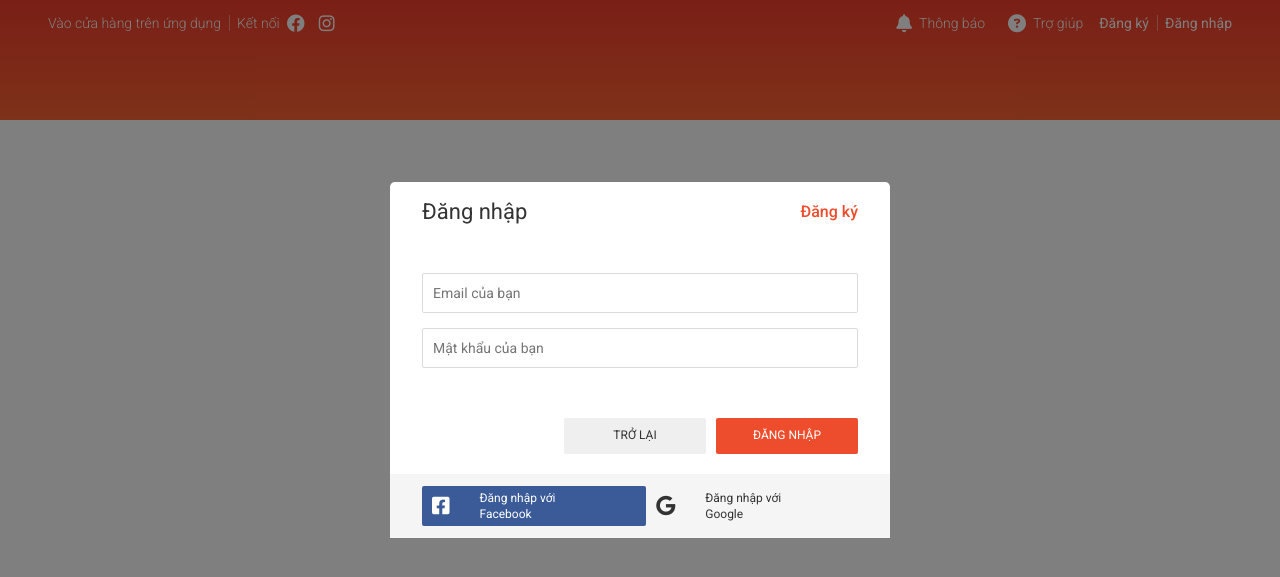
Repository: dptuyen1/F8-Tutorial
Page: index.html
The author's editor kept a copy of each file at every save. The page is drawn from the files as they stood at one save, then again after the next save.
The browser window is 1280 px wide. The pictures show the whole page.

Above is the page before, as saved 2023-05-08 18:29:47.

### index.html
<!DOCTYPE html>
<html lang="en">
  <head>
    <meta charset="UTF-8" />
    <meta http-equiv="X-UA-Compatible" content="IE=edge" />
    <meta name="viewport" content="width=device-width, initial-scale=1.0" />
    <title>Document</title>
    <link
      rel="stylesheet"
      href="https://cdnjs.cloudflare.com/ajax/libs/normalize/8.0.1/normalize.min.css"
      integrity="sha512-NhSC1YmyruXifcj/KFRWoC561YpHpc5Jtzgvbuzx5VozKpWvQ+4nXhPdFgmx8xqexRcpAglTj9sIBWINXa8x5w=="
      crossorigin="anonymous"
      referrerpolicy="no-referrer"
    />
    <link rel="stylesheet" href="assets/css/base.css" />
    <link rel="stylesheet" href="assets/css/main.css" />
    <link
      rel="stylesheet"
      href="assets/fonts/fontawesome-free-6.4.0-web/css/all.min.css"
    />
    <link rel="preconnect" href="https://fonts.googleapis.com" />
    <link rel="preconnect" href="https://fonts.gstatic.com" crossorigin />
    <link
      href="https://fonts.googleapis.com/css2?family=Roboto:wght@300;400;500;700&display=swap"
      rel="stylesheet"
    />
  </head>

  <body>
    <div class="app">
      <header class="header">
        <div class="grid">
          <nav class="header__navbar">
            <ul class="header__navbar-list">
              <li
                class="header__navbar-item header__navbar-item-has-qr header__navbar-item-separate"
              >
                Vào cửa hàng trên ứng dụng
                <div class="header__qr">
                  <img
                    src="assets/img/qr_code.png"
                    alt="QR Cođe"
                    class="header__qr-img"
                  />
                  <div class="header__qr-apps">
                    <a href="" class="header__qr-link">
                      <img
                        src="assets/img/google_play.png"
                        alt="Google Play"
                        class="header__qr-download-img"
                      />
                    </a>
                    <a href="" class="header__qr-link">
                      <img
                        src="assets/img/app_store.png"
                        alt="App Store"
                        class="header__qr-download-img"
                      />
                    </a>
                  </div>
                </div>
              </li>
              <li class="header__navbar-item">
                <span class="header__navbar-title-no-pointer">Kết nối</span>
                <a href="" class="header__navbar-icon-link">
                  <i class="header__navbar-icon fa-brands fa-facebook"></i>
                </a>
                <a href="" class="header__navbar-icon-link">
                  <i class="header__navbar-icon fa-brands fa-instagram"></i>
                </a>
              </li>
            </ul>
            <ul class="header__navbar-list">
              <li class="header__navbar-item header__navbar-item--has-notify">
                <a href="" class="header__navbar-item-link">
                  <a href="" class="header__navbar-icon-link">
                    <i class="header__navbar-icon fa-solid fa-bell"></i> </a
                  >Thông báo
                </a>
                <div class="header__notify">
                  <header class="header__notify-header">
                    <h3>Thông báo mới nhận</h3>
                  </header>
                  <ul class="header__notify-list">
                    <li class="header__notify-item">
                      <a href="" class="header_notify-link">
                        <img
                          src="assets/img/comestic.jpg"
                          alt=""
                          class="header__notify-img"
                        />
                        <div class="header__notify-info">
                          <span class="header_notify-name"
                            >Mỹ phẩm Ohui chính hãng</span
                          >
                          <span class="header__notify-description"
                            >Mô tả mỹ tả Ohui chính hãng</span
                          >
                        </div>
                      </a>
                    </li>
                    <li class="header__notify-item header__notify-item--read">
                      <a href="" class="header_notify-link">
                        <img
                          src="assets/img/comestic.jpg"
                          alt=""
                          class="header__notify-img"
                        />
                        <div class="header__notify-info">
                          <span class="header_notify-name"
                            >Mỹ phẩm Ohui chính hãng</span
                          >
                          <span class="header__notify-description"
                            >Mô tả mỹ tả Ohui chính hãng</span
                          >
                        </div>
                      </a>
                    </li>
                    <li class="header__notify-item">
                      <a href="" class="header_notify-link">
                        <img
                          src="assets/img/comestic.jpg"
                          alt=""
                          class="header__notify-img"
                        />
                        <div class="header__notify-info">
                          <span class="header_notify-name"
                            >Mỹ phẩm Ohui chính hãng</span
                          >
                          <span class="header__notify-description"
                            >Mô tả mỹ tả Ohui chính hãng</span
                          >
                        </div>
                      </a>
                    </li>
                  </ul>
                  <footer class="header__notify-footer">
                    <a href="" class="header__notify-footer-btn">Xem tất cả</a>
                  </footer>
                </div>
              </li>
              <li class="header__navbar-item">
                <a href="" class="header__navbar-item-link">
                  <a href="" class="header__navbar-icon-link">
                    <i
                      class="header__navbar-icon fa-solid fa-circle-question"
                    ></i></a
                  >Trợ giúp
                </a>
              </li>
              <li
                class="header__navbar-item header__navbar-item-bold header__navbar-item-separate"
              >
                Đăng ký
              </li>
              <li class="header__navbar-item header__navbar-item-bold">
                Đăng nhập
              </li>
            </ul>
          </nav>
        </div>
      </header>

      <div class="container"></div>

      <footer class="footer"></footer>
    </div>

    <!-- Modal layout -->
    <div class="modal">
      <div class="modal__overlay"></div>
      <div class="modal__body">
        <div class="modal__inner"></div>

        <!-- Authenticated Form -->

        <!-- Register Form -->
        <!-- <form class="auth-form">
          <div class="auth-form__container">
            <div class="auth-form__header">
              <h3 class="auth_form__heading">Đăng ký</h3>
              <span class="auth_form__switch-btn">Đăng nhập</span>
            </div>
            <div class="auth-form__form">
              <div class="auth-form__group">
                <input
                  type="text"
                  class="auth-form__input"
                  placeholder="Email của bạn"
                />
              </div>
              <div class="auth-form__group">
                <input
                  type="password"
                  class="auth-form__input"
                  placeholder="Mật khẩu của bạn"
                />
              </div>
              <div class="auth-form__group">
                <input
                  type="password"
                  class="auth-form__input"
                  placeholder="Nhập lại mật khẩu"
                />
              </div>
            </div>
            <div class="auth-form__aside">
              <p>
                Lorem ipsum dolor sit amet consectetur adipisicing elit. Natus,
                animi. Provident hic eos, dicta, beatae nulla numquam sunt
                sapiente excepturi repudiandae fuga ex neque odit explicabo
                maxime porro commodi nostrum.
              </p>
            </div>
            <div class="auth-form__controls">
              <button class="btn btn--back">TRỞ LẠI</button>
              <button class="btn btn--primary">ĐĂNG KÝ</button>
            </div>
          </div>

          <div class="auth-form__socials">
            <a
              href=""
              class="auth-form__socials--facebook btn btn--size-s btn--with-icon"
            >
              <i
                class="auth-form_socials-icon fa-brands fa-square-facebook"
              ></i>
              <span class="auth-form__socials-label">Kết nối với Facebook</span>
            </a>
            <a
              href=""
              class="auth-form__socials--google btn btn--size-s btn--with-icon"
            >
              <i class="auth-form_socials-icon fa-brands fa-google"></i>
              <span class="auth-form__socials-label">Kết nối với Google</span>
            </a>
          </div>
        </form> -->

        <!-- Login Form -->
        <form class="auth-form">
          <div class="auth-form__container">
            <div class="auth-form__header">
              <h3 class="auth_form__heading">Đăng nhập</h3>
              <span class="auth_form__switch-btn">Đăng ký</span>
            </div>
            <div class="auth-form__form">
              <div class="auth-form__group">
                <input
                  type="text"
                  class="auth-form__input"
                  placeholder="Email của bạn"
                />
              </div>
              <div class="auth-form__group">
                <input
                  type="password"
                  class="auth-form__input"
                  placeholder="Mật khẩu của bạn"
                />
              </div>
            </div>
            <div class="auth-form__controls">
              <button class="btn btn--back">TRỞ LẠI</button>
              <button class="btn btn--primary">ĐĂNG NHẬP</button>
            </div>
          </div>
          <div class="auth-form__socials">
            <a
              href=""
              class="auth-form__socials--facebook btn btn--size-s btn--with-icon"
            >
              <i
                class="auth-form_socials-icon fa-brands fa-square-facebook"
              ></i>
              <span class="auth-form__socials-label" style="font-size: 12px"
                >Đăng nhập với Facebook</span
              >
            </a>
            <a
              href=""
              class="auth-form__socials--google btn btn--size-s btn--with-icon"
            >
              <i class="auth-form_socials-icon fa-brands fa-google"></i>
              <span class="auth-form__socials-label" style="font-size: 12px"
                >Đăng nhập với Google</span
              >
            </a>
          </div>
        </form>
      </div>
    </div>
  </body>
</html>

### assets/css/base.css
:root {
  --primary-color: #ee4d2d;
  --white-color: #fff;
  --black-color: #000;
  --text-color: #333;
  --border-color: #dbdbdb;
}

* {
  box-sizing: inherit;
}

html {
  font-size: 62.5%;
  line-height: 1.6rem;
  font-family: "Roboto", sans-serif;
  box-sizing: border-box;
}

.grid {
  width: 1200px;
  max-width: 100%;
  /* căn giữa */
  margin: 0 auto;
}

.grid__full-width {
  width: 100%;
}

.grid__row {
  display: flex;
  flex-wrap: wrap;
}

/* Modal */
.modal {
  position: fixed;
  top: 0;
  right: 0;
  bottom: 0;
  left: 0;
  display: flex;
}

.modal__overlay {
  position: absolute;
  width: 100%;
  height: 100%;
  background-color: rgba(0, 0, 0, 0.5);
}

.modal__body {
  background-color: var(--white-color);
  margin: auto;
  position: relative;
  z-index: 1;
  border-radius: 5px;
}

.modal__inner {
}

/* Button style */
.btn {
  min-width: 142px;
  height: 36px;
  text-decoration: none;
  border: none;
  border-radius: 2px;
  cursor: pointer;
  padding: 0;
  font-size: 1.2rem;
  color: var(--text-color);
  display: flex;
  justify-content: center;
  align-items: center;
}

.btn:hover {
  background-color: rgba(0, 0, 0, 0.2);
}

.btn.btn--size-s {
  height: 40px;
  font-size: 1.2rem;
  padding: 0 10px;
}

.btn.btn--primary {
  color: var(--white-color);
  background-color: var(--primary-color);
}

.btn.btn--disabled {
  color: #ccc;
  cursor: default;
  background-color: #999;
}

/* Animation */
@keyframes fadeIn {
  from {
    opacity: 0;
  }

  to {
    opacity: 1;
  }
}

@keyframes notifyGrowth {
  from {
    opacity: 0;
    transform: scale(0);
  }

  to {
    opacity: 1;
    transform: scale(1);
  }
}

### assets/css/main.css
.header {
  height: 120px;
  background-image: linear-gradient(0, #fe6433, #f53e2d);
}

.header__navbar {
  display: flex;
  justify-content: space-between;
}

.header__navbar-list {
  list-style: none;
  padding-left: 0;
}

.header__navbar-item {
  margin: 0 8px;
  position: relative;
  min-height: 26px;
}

.header__navbar-item-has-qr:hover .header__qr {
  display: block;
}

.header__navbar-item,
.header__navbar-item-link {
  display: inline-block;
  font-size: 1.4rem;
  color: var(--white-color);
  text-decoration: none;
  font-weight: 300;
}

.header__navbar-list,
.header__navbar-item,
.header__navbar-item-link,
.header__navbar-icon-link {
  display: inline-flex;
  align-items: center;
}

.header__navbar-item:hover,
.header__navbar-item-link:hover,
.header__navbar-icon-link:hover {
  color: rgba(255, 255, 255, 0.5);
  cursor: pointer;
}

.header__navbar-item--has-notify:hover .header__notify {
  display: block;
}

.header__navbar-item-bold {
  font-weight: 400;
}

.header__navbar-item-separate::after {
  content: "";
  display: block;
  position: absolute;
  border-left: 1px solid #fb9086;
  height: 16px;
  right: -9px;
  top: 50%;
  transform: translateY(-50%);
}

.header__navbar-icon-link {
  color: var(--white-color);
  text-decoration: none;
}

.header__navbar-icon {
  font-size: 1.8rem;
  margin: 0 7px;
}

.header__navbar-title-no-pointer {
  cursor: text;
  color: var(--white-color);
}

/* Header QR Code  */
.header__qr {
  width: 185px;
  background-color: var(--white-color);
  position: absolute;
  left: 0;
  /* cao bằng thẻ chứa nó */
  top: 150%;
  padding: 8px;
  border-radius: 2px;
  display: none;
  animation: fadeIn ease-in 0.5s;
}

.header__qr::before {
  content: "";
  display: block;
  position: absolute;
  width: 100%;
  height: 20px;
  left: 0;
  top: -20px;
}

.header__qr-img {
  width: 100%;
}

.header__qr-apps {
  display: flex;
  justify-content: space-between;
}

.header__qr-link:first-child {
  margin-left: 11px;
}

.header__qr-link:last-child {
  margin-right: 11px;
}

.header__qr-download-img {
  height: 15px;
}

/* Header notification */

.header__notify {
  position: absolute;
  top: 150%;
  right: 0;
  width: 405px;
  background-color: var(--white-color);
  border: 1px solid #d3d3d3;
  border-radius: 2px;
  cursor: default;
  transform-origin: top right;
  display: none;
  animation: notifyGrowth ease-in 0.5s;
}

.header__notify::before {
  content: "";
  border-width: 20px 30px;
  border-style: solid;
  border-color: transparent transparent var(--white-color) transparent;
  position: absolute;
  right: 0;
  top: -30px;
}

.header__notify::after {
  content: "";
  display: block;
  position: absolute;
  right: 0;
  top: -20px;
  width: 100%;
  height: 20px;
}

.header__notify-header {
  height: 40px;
  background-color: var(--white-color);
}

.header__notify-header h3 {
  color: #999;
  margin: 0 0 0 12px;
  font-weight: 400;
  font-size: 1.4rem;
  line-height: 40px;
}

.header__notify-list {
  padding-left: 0;
}

.header__notify-item {
  display: flex;
}

.header__notify-item:hover {
  background-color: #f7f7f7;
}

.header__notify-item--read {
  background-color: rgba(238, 77, 45, 0.2);
}

.header_notify-link {
  width: 100%;
  display: flex;
  padding: 12px;
  text-decoration: none;
}

.header__notify-img {
  width: 50px;
  object-fit: contain;
}

.header__notify-info {
  margin-left: 12px;
}

.header_notify-name {
  display: block;
  font-size: 1.4rem;
  color: var(--black-color);
  font-weight: 400;
}

.header__notify-description {
  display: block;
  font-size: 1.2rem;
  line-height: 2rem;
  color: #756f6e;
  margin-top: 10px;
}

.header__notify-footer {
  display: flex;
}

.header__notify-footer-btn {
  text-decoration: none;
  color: var(--text-color);
  margin: 0 auto;
  padding: 10px;
  font-size: 1.4rem;
  font-weight: 400;
}

/* Authenticated modal */
.auth-form {
  width: 500px;
}

.auth-form__container {
  padding: 0 32px;
}

.auth-form__header {
  display: flex;
  align-items: center;
  justify-content: space-between;
}

.auth_form__heading {
  font-size: 2.2rem;
  font-weight: 400;
  color: var(--text-color);
}

.auth_form__switch-btn {
  font-size: 1.6rem;
  color: var(--primary-color);
  font-weight: 500;
  cursor: pointer;
}

.auth-form__form {
  margin-top: 16px;
}

.auth-form__input {
  width: 100%;
  height: 40px;
  margin-top: 15px;
  padding: 0 10px;
  font-size: 1.4rem;
  border: 1px solid var(--border-color);
  border-radius: 2px;
  outline: none;
}

.auth-form__input:focus {
  border-color: #777;
}

.auth-form__aside {
  margin-top: 20px;
}

.auth-form__aside p {
  font-size: 1.2rem;
  line-height: 1.8rem;
  text-align: center;
}

.auth-form__controls {
  margin-top: 50px;
  margin-bottom: 20px;
  display: flex;
  justify-content: flex-end;
}

.btn--back {
  margin-right: 10px;
}

.auth-form__socials {
  background-color: #f5f5f5;
  padding: 12px 32px;
  display: flex;
  justify-content: space-between;
}

.auth-form_socials-icon {
  font-size: 2rem;
}

.auth-form__socials--facebook {
  color: var(--white-color);
  background-color: #3a5a98;
}

.auth-form__socials--facebook .auth-form_socials-icon {
  color: var(--white-color);
}

.auth-form__socials-label {
  margin: 0 30px;
}

Loaded but not shown: assets/fonts/fontawesome-free-6.4.0-web/css/all.min.css (library)

After the next save:
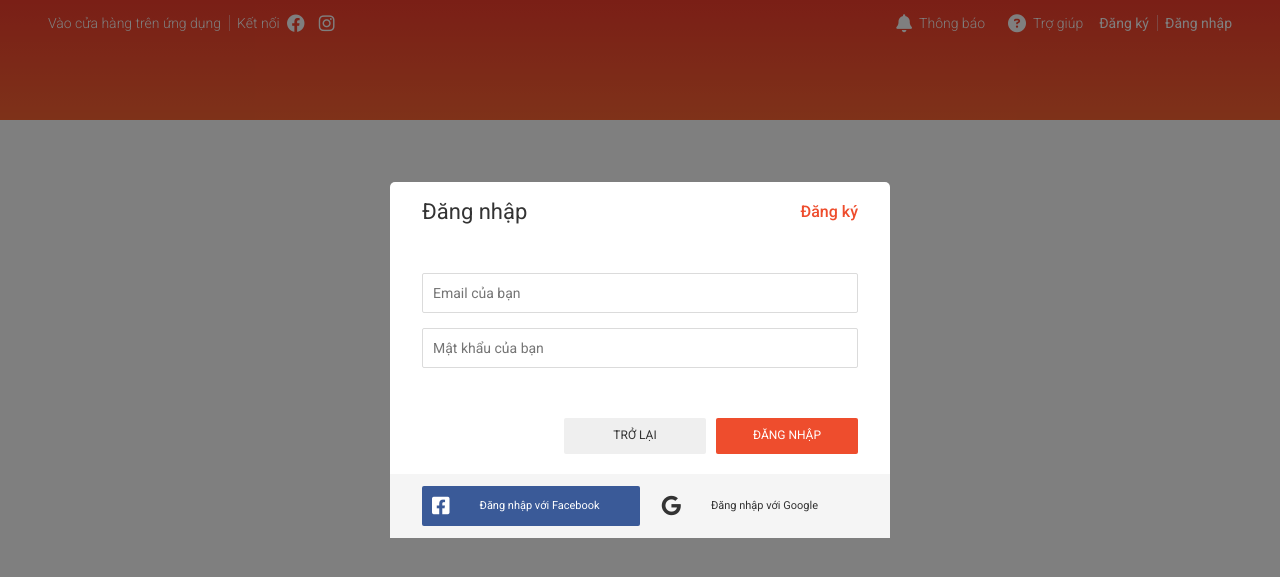
Saved 5 s later.
--- a/index.html
+++ b/index.html
@@ -274,7 +274,7 @@
               <i
                 class="auth-form_socials-icon fa-brands fa-square-facebook"
               ></i>
-              <span class="auth-form__socials-label" style="font-size: 12px"
+              <span class="auth-form__socials-label" style="font-size: 11px"
                 >Đăng nhập với Facebook</span
               >
             </a>
@@ -283,7 +283,7 @@
               class="auth-form__socials--google btn btn--size-s btn--with-icon"
             >
               <i class="auth-form_socials-icon fa-brands fa-google"></i>
-              <span class="auth-form__socials-label" style="font-size: 12px"
+              <span class="auth-form__socials-label" style="font-size: 11px"
                 >Đăng nhập với Google</span
               >
             </a>
